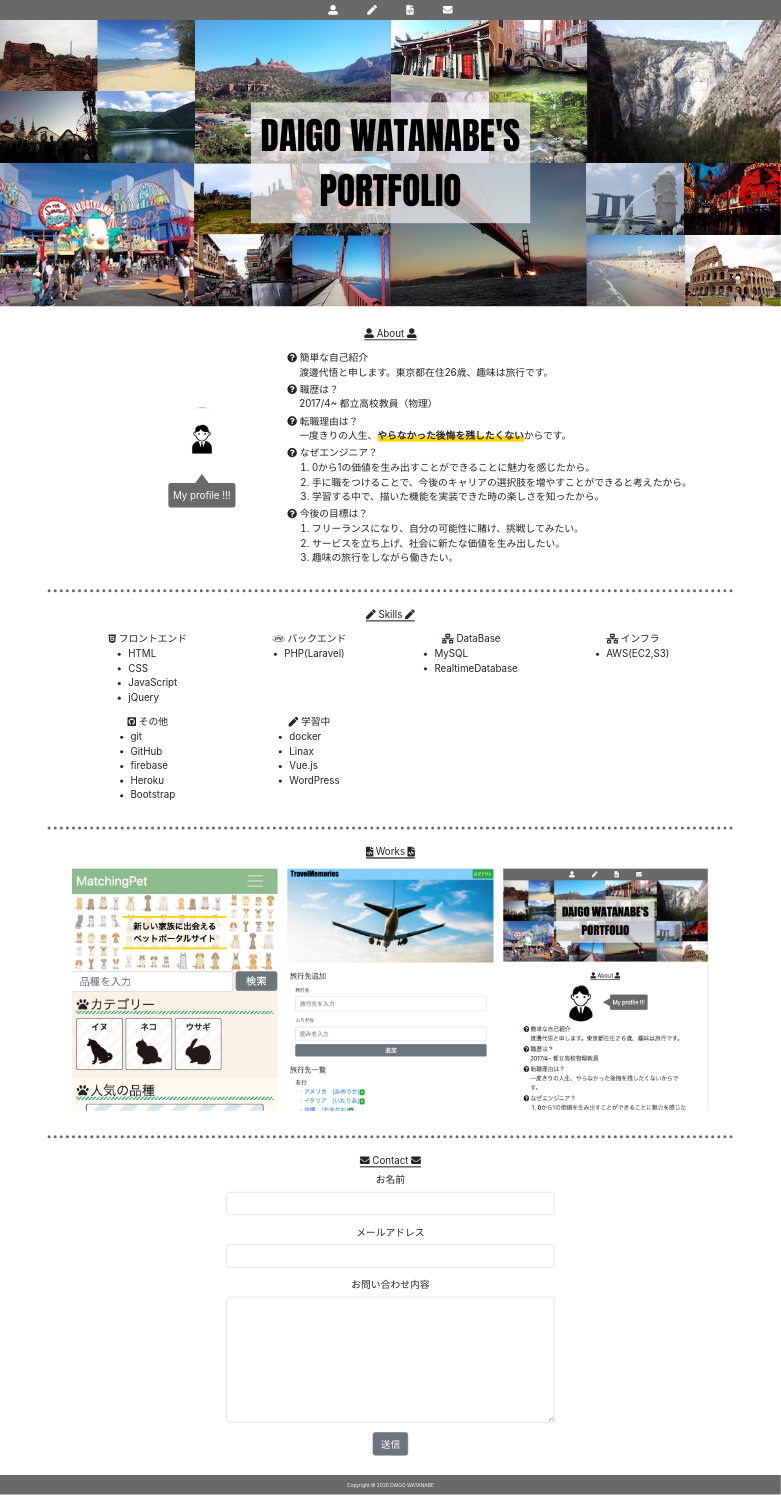
Repository: watanabedaigo/Portfolio
Page: public/index.html
The author's editor kept a record of every edit. The page is drawn from the files as they stood at one moment, then again after the next edit.
The browser window is 1280 px wide. The pictures show the whole page, at 61% of full size.
Some web libraries are served in a nearby version.

Above is the page before.

After the next edit:
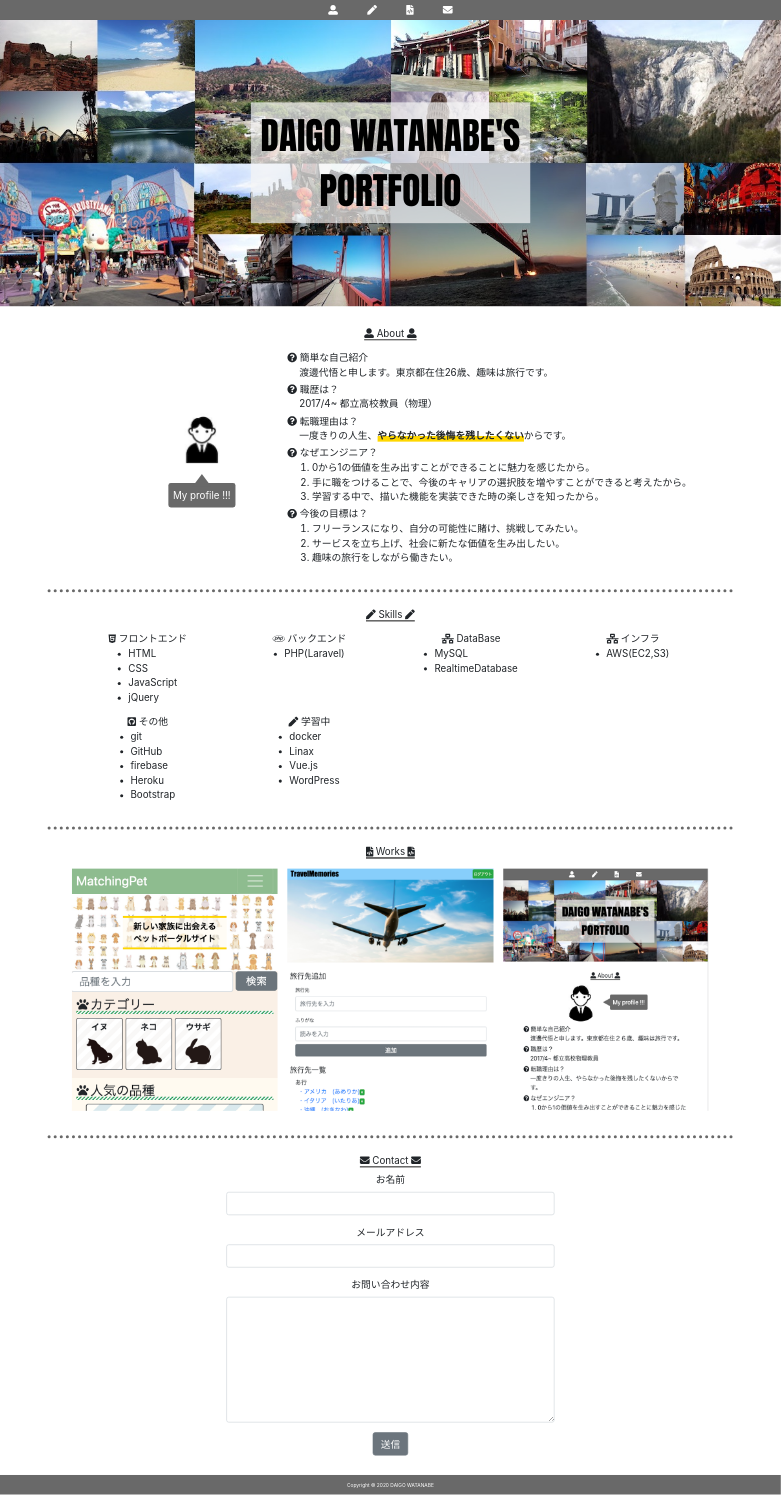
The edit:
--- a/public/css/main.css
+++ b/public/css/main.css
@@ -63,7 +63,7 @@
 
 .icon {
     background-image: url("../img/icon.jpg");
-    background-size:75px 75px;
+    background-size:120px 120px;
     width:75px;
     height:75px;
     border-radius:50%;
